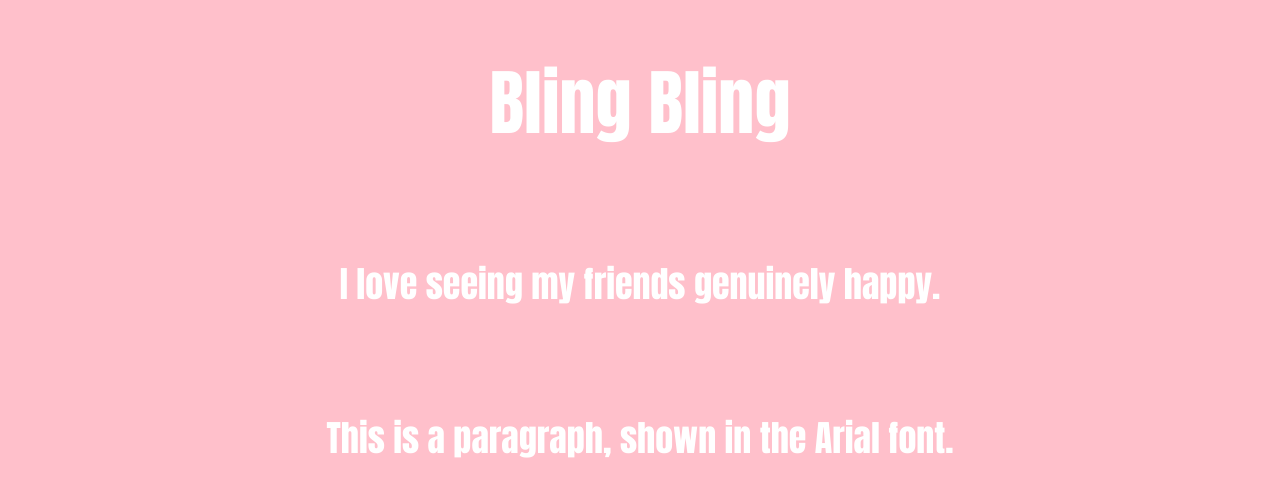
Repository: jangj879/jangj879.github.io
Page: 1_page.html
The author's editor kept a record of every edit. The page is drawn from the files as they stood at one moment, then again after the next edit.
The browser window is 1280 px wide. The pictures show the whole page.

Above is the page before.

After the next edit:
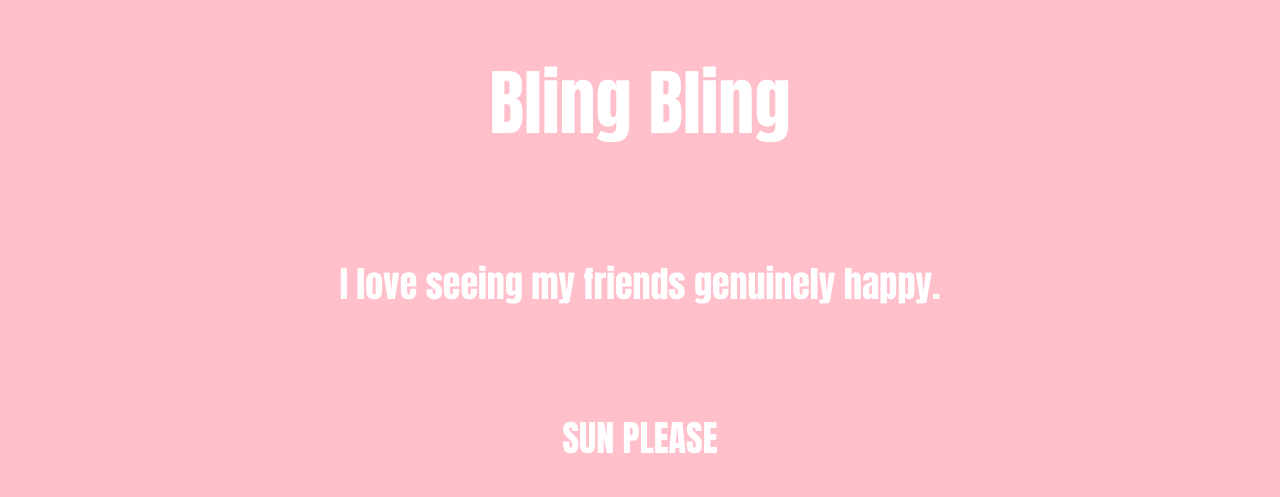
The edit:
--- a/1_page.html
+++ b/1_page.html
@@ -11,7 +11,7 @@
 
 <h1>Bling Bling</h1>
 <p class="serif">I love seeing my friends genuinely happy.</p>
-<p class="sansserif">This is a paragraph, shown in the Arial font.</p>
+<p class="sansserif">SUN PLEASE</p>
 
 </body>
 
